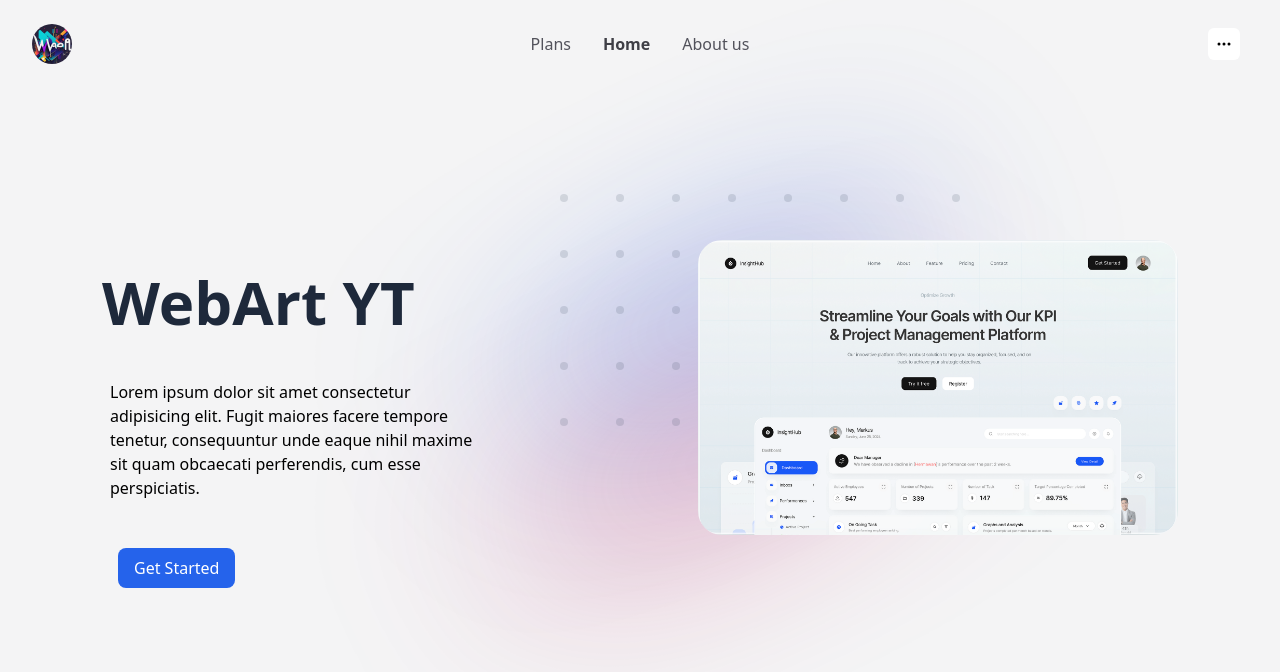
Repository: 30namp/youtube-web-art-code
Page: stunning landing page 1/index.html
These files come from the project's save history. The page is drawn as it stood at one moment and after the next save; the edit follows.
The browser window is 1280 px wide. The pictures show the whole page.

Above is the page before, as saved 2024-09-26 21:19:40.

### stunning landing page 1/index.html
<!DOCTYPE html>
<html lang="en">
  <head>
    <meta charset="UTF-8" />
    <meta name="viewport" content="width=device-width, initial-scale=1.0" />
    <title>WebArt Design</title>
    <script src="./tailwindcss.min.js"></script>
  </head>
  <body class="min-h-screen bg-zinc-100">
    <div
      class="absolute right-[25%] top-[60%] h-12 w-[30rem] rounded-[100%] rotate-[-25deg] bg-pink-700 blur-[6rem]"
    ></div>
    <div
      class="absolute right-[25%] top-[40%] h-12 w-[30rem] rounded-[100%] rotate-[-25deg] bg-blue-700 blur-[6rem]"
    ></div>
    <div
      class="grid grid-cols-8 gap-12 absolute right-[25%] top-[27%] animate-pulse"
    >
      <div class="rounded-full bg-slate-700/30 size-2 shadow-lg"></div>
      <div class="rounded-full bg-slate-700/30 size-2 shadow-lg"></div>
      <div class="rounded-full bg-slate-700/30 size-2 shadow-lg"></div>
      <div class="rounded-full bg-slate-700/30 size-2 shadow-lg"></div>
      <div class="rounded-full bg-slate-700/30 size-2 shadow-lg"></div>
      <div class="rounded-full bg-slate-700/30 size-2 shadow-lg"></div>
      <div class="rounded-full bg-slate-700/30 size-2 shadow-lg"></div>
      <div class="rounded-full bg-slate-700/30 size-2 shadow-lg"></div>
      <div class="rounded-full bg-slate-700/30 size-2 shadow-lg"></div>
      <div class="rounded-full bg-slate-700/30 size-2 shadow-lg"></div>
      <div class="rounded-full bg-slate-700/30 size-2 shadow-lg"></div>
      <div class="rounded-full bg-slate-700/30 size-2 shadow-lg"></div>
      <div class="rounded-full bg-slate-700/30 size-2 shadow-lg"></div>
      <div class="rounded-full bg-slate-700/30 size-2 shadow-lg"></div>
      <div class="rounded-full bg-slate-700/30 size-2 shadow-lg"></div>
      <div class="rounded-full bg-slate-700/30 size-2 shadow-lg"></div>
      <div class="rounded-full bg-slate-700/30 size-2 shadow-lg"></div>
      <div class="rounded-full bg-slate-700/30 size-2 shadow-lg"></div>
      <div class="rounded-full bg-slate-700/30 size-2 shadow-lg"></div>
      <div class="rounded-full bg-slate-700/30 size-2 shadow-lg"></div>
      <div class="rounded-full bg-slate-700/30 size-2 shadow-lg"></div>
      <div class="rounded-full bg-slate-700/30 size-2 shadow-lg"></div>
      <div class="rounded-full bg-slate-700/30 size-2 shadow-lg"></div>
      <div class="rounded-full bg-slate-700/30 size-2 shadow-lg"></div>
      <div class="rounded-full bg-slate-700/30 size-2 shadow-lg"></div>
      <div class="rounded-full bg-slate-700/30 size-2 shadow-lg"></div>
      <div class="rounded-full bg-slate-700/30 size-2 shadow-lg"></div>
      <div class="rounded-full bg-slate-700/30 size-2 shadow-lg"></div>
      <div class="rounded-full bg-slate-700/30 size-2 shadow-lg"></div>
      <div class="rounded-full bg-slate-700/30 size-2 shadow-lg"></div>
      <div class="rounded-full bg-slate-700/30 size-2 shadow-lg"></div>
      <div class="rounded-full bg-slate-700/30 size-2 shadow-lg"></div>
      <div class="rounded-full bg-slate-700/30 size-2 shadow-lg"></div>
      <div class="rounded-full bg-slate-700/30 size-2 shadow-lg"></div>
      <div class="rounded-full bg-slate-700/30 size-2 shadow-lg"></div>
      <div class="rounded-full bg-slate-700/30 size-2 shadow-lg"></div>
      <div class="rounded-full bg-slate-700/30 size-2 shadow-lg"></div>
      <div class="rounded-full bg-slate-700/30 size-2 shadow-lg"></div>
      <div class="rounded-full bg-slate-700/30 size-2 shadow-lg"></div>
      <div class="rounded-full bg-slate-700/30 size-2 shadow-lg"></div>
    </div>

    <!-- navbar -->
    <nav
      class="z-10 absolute top-0 left-0 right-0 flex justify-center items-center py-8 px-8"
    >
      <a href="/" class="absolute left-0 px-8">
        <img class="size-10 rounded-full" src="./assets/img/logo.jpg" alt="" />
      </a>

      <div class="options flex items-center gap-8">
        <a class="text-zinc-600" href="#">Plans</a>
        <a class="text-zinc-700 font-semibold" href="#">Home</a>
        <a class="text-zinc-600" href="#">About us</a>
      </div>

      <button
        class="absolute p-2 bg-white rounded-md right-0 mx-10 hover:scale-105 active:scale-100 transition"
      >
        <svg
          xmlns="http://www.w3.org/2000/svg"
          width="16"
          height="16"
          fill="currentColor"
          class="bi bi-three-dots"
          viewBox="0 0 16 16"
        >
          <path
            d="M3 9.5a1.5 1.5 0 1 1 0-3 1.5 1.5 0 0 1 0 3m5 0a1.5 1.5 0 1 1 0-3 1.5 1.5 0 0 1 0 3m5 0a1.5 1.5 0 1 1 0-3 1.5 1.5 0 0 1 0 3"
          />
        </svg>
      </button>
    </nav>

    <!-- hero section -->
    <div class="hero-section relative pt-60 flex justify-around items-start">
      <div class="content flex flex-col items-start gap-12 pt-8">
        <h1 class="text-6xl font-bold text-slate-800">WebArt YT</h1>
        <p class="description w-96 ml-2">
          Lorem ipsum dolor sit amet consectetur adipisicing elit. Fugit maiores
          facere tempore tenetur, consequuntur unde eaque nihil maxime sit quam
          obcaecati perferendis, cum esse perspiciatis.
        </p>
        <button
          class="ml-4 px-4 py-2 rounded-lg bg-blue-600 text-white hover:scale-105 active:scale-100 transition"
        >
          Get Started
        </button>
      </div>
      <img class="w-[30rem] rounded-3xl" src="./assets/img/img.png" alt="" />
    </div>
  </body>
</html>

Loaded but not shown: stunning landing page 1/tailwindcss.min.js (library)

After the next save:
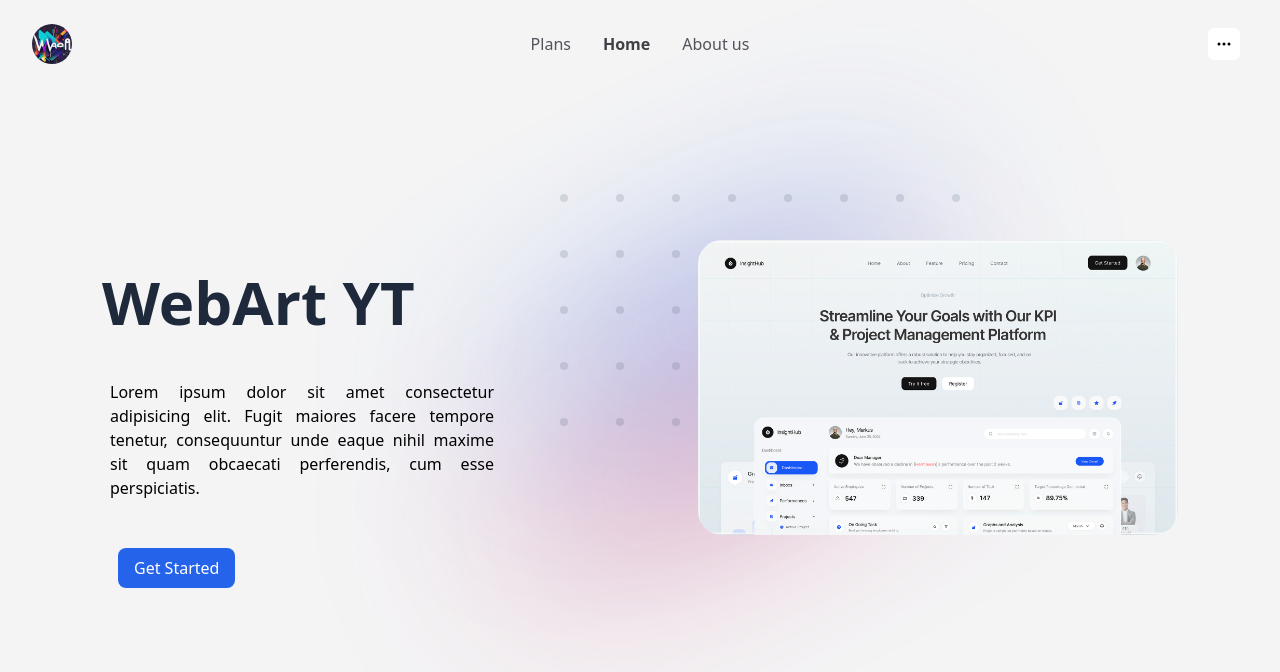
Saved 19 s later.
--- a/stunning landing page 1/index.html
+++ b/stunning landing page 1/index.html
@@ -94,7 +94,7 @@
     <div class="hero-section relative pt-60 flex justify-around items-start">
       <div class="content flex flex-col items-start gap-12 pt-8">
         <h1 class="text-6xl font-bold text-slate-800">WebArt YT</h1>
-        <p class="description w-96 ml-2">
+        <p class="description w-96 ml-2 text-justify">
           Lorem ipsum dolor sit amet consectetur adipisicing elit. Fugit maiores
           facere tempore tenetur, consequuntur unde eaque nihil maxime sit quam
           obcaecati perferendis, cum esse perspiciatis.
